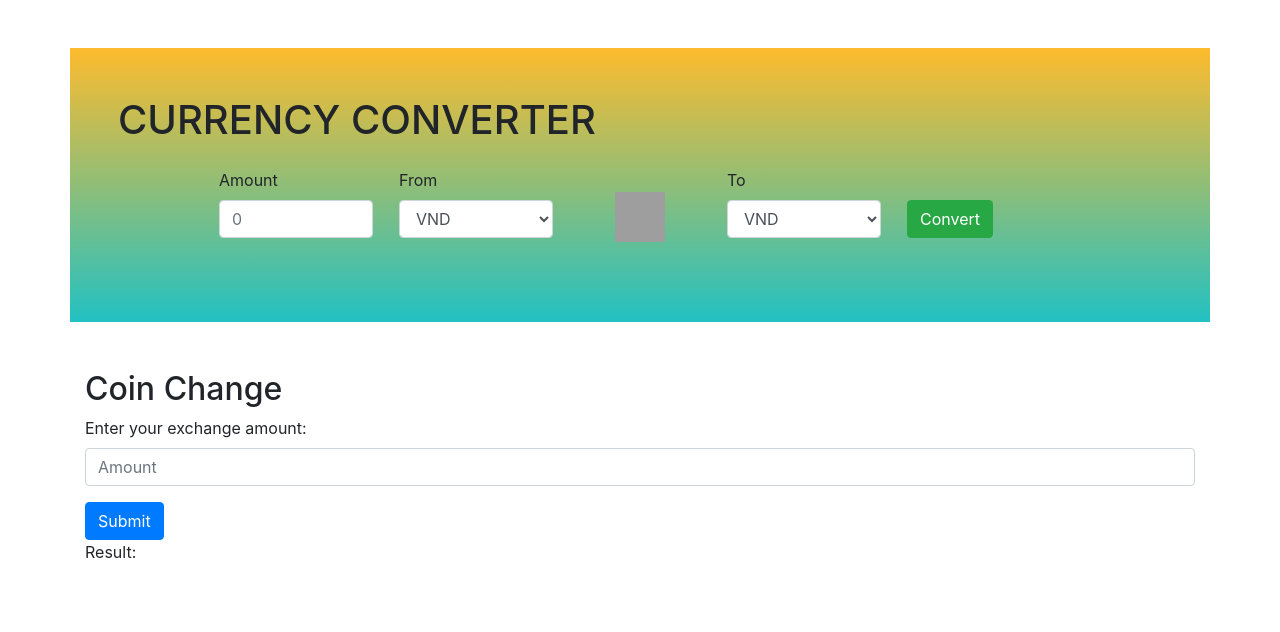
Repository: tts2610/MoneyConverter
Page: index.html
The author's editor kept a copy of each file at every save. The page is drawn from the files as they stood at one save, then again after the next save.
The browser window is 1280 px wide. The pictures show the whole page.
Pictures or frames that could not be fetched are drawn as grey boxes.

Above is the page before, as saved 2020-05-12 12:00:35.

### index.html
<!DOCTYPE html>
<html lang="en">

<head>
    <meta charset="UTF-8">
    <meta name="viewport" content="width=device-width, initial-scale=1.0">
    <title>Document</title>
    <link rel="stylesheet" href="https://maxcdn.bootstrapcdn.com/bootstrap/4.4.1/css/bootstrap.min.css">

    <!-- jQuery library -->
    <script src="https://ajax.googleapis.com/ajax/libs/jquery/3.4.1/jquery.min.js"></script>

    <!-- Popper JS -->
    <script src="https://cdnjs.cloudflare.com/ajax/libs/popper.js/1.16.0/umd/popper.min.js"></script>

    <!-- Latest compiled JavaScript -->
    <script src="https://maxcdn.bootstrapcdn.com/bootstrap/4.4.1/js/bootstrap.min.js"></script>

</head>

<body>

    <form class="container my-5 px-5 py-5" style="
    background: rgb(34,193,195);
    background: linear-gradient(0deg, rgba(34,193,195,1) 0%, rgba(253,187,45,1) 100%);
">
        <h1 class="mx-auto">CURRENCY CONVERTER</h1>
        <div class="form-row justify-content-md-center px-5 mx-5">
            <div class="col mt-3">
                <label>Amount</label>
                <input type="number" class="form-control" placeholder="0" id="amount">
            </div>
            <div class="col mt-3 ml-3">
                <label>From</label>
                <select class="form-control" id="fromCurrency">
            </select>
            </div>
            <div class="col mt-4 py-3" style="display: flex;justify-content: center; cursor: pointer;" onClick="swap()">
                <img src="https://cdn3.iconfinder.com/data/icons/basic-interface/100/update-512.png" width="50px" height="50px">
            </div>
            <div class="col mt-3">
                <label>To</label>
                <select class="form-control" id="toCurrency">
            </select>

            </div>
            <div class="col mt-5 ml-3">
                <button type="button" class="btn btn-success" onClick="submitAmount()">Convert</button>
            </div>
        </div>
        <p id="result" style="color:deeppink; font-weight: 700; font-size: xxx-large; text-align: center;"></p>
    </form>

    <h2 class="container">Coin Change</h2>
    <form class="container">
        <div class="form-group">
            <label for="exampleInputEmail1">Enter your exchange amount:</label>
            <input type="number" class="form-control" id="coinExchange" placeholder="Amount">
        </div>
        <button type="button" class="btn btn-primary" onClick="exchange()">Submit</button>
        <div id="coinExchangeResult">Result:</div>
    </form>


    <script src="js/script.js"></script>
    <script>
    </script>
</body>

</html>

### js/script.js
/*dic = {
    fromCurrency:{
        toCurrency:[currencyRatio,locale,currencySymbol],
        toCurrency:[currencyRatio,locale,currencySymbol],
        toCurrency:[currencyRatio,locale,currencySymbol],
        .....
    },
    fromCurrency:
        .....
}*/
let dic = {
    "vnd": { "usd": [1 / 23206, "en", "USD"], "jpy": [1 / 216.703, "ja-JP", "JPY"], "krw": [1 / 18.9136, "krw", "KRW"], "idr": [1 / 1.55505, "idr", "idr"], "eur": [1 / 25111, "de-DE", "EUR"], "vnd": [1, "vi", "VND"] },
    "usd": { "vnd": [23206, "vi", "VND"], "jpy": [107.297, "ja-JP", "JPY"], "krw": [1223.80, "krw", "KRW"], "idr": [14904, "idr", "idr"], "eur": [1 / 1.08207, "de-DE", "EUR"], "usd": [1, "en", "USD"] },
    "jpy": { "vnd": [216.703, "vi", "VND"], "usd": [1 / 107.297, "en", "USD"], "krw": [11.4099, "krw", "KRW"], "idr": [138.937, "idr", "idr"], "eur": [1 / 116.054, "de-DE", "EUR"], "jpy": [1, "ja-JP", "JPY"] },
    "krw": { "vnd": [18.9136, "vi", "VND"], "usd": [1 / 1224.06, "en", "USD"], "jpy": [1 / 11.4096, "ja-JP", "JPY"], "idr": [12.1833, "idr", "idr"], "eur": [1 / 1323.75, "de-DE", "EUR"], "krw": [1, "krw", "KRW"] },
    "idr": { "vnd": [1.55505, "vi", "VND"], "usd": [1 / 14910, "en", "USD"], "jpy": [1 / 138.985, "ja-JP", "JPY"], "krw": [1 / 12.1818, "krw", "KRW"], "eur": [1 / 16134.84, "de-DE", "EUR"], "idr": [1, "idr", "idr"] },
    "eur": { "vnd": [25081, "vi", "VND"], "usd": [1.08207, "en", "USD"], "jpy": [116.054, "ja-JP", "JPY"], "idr": [16129, "idr", "idr"], "krw": [1323.75, "krw", "KRW"], "eur": [1, "de-DE", "EUR"] },
}
let from = null;
let to = null;
let amount = 0;
var fromCurrency = null;
var toCurrency = null;
$(document).ready(function() {
    fromCurrency = document.getElementById("fromCurrency");
    toCurrency = document.getElementById("toCurrency");
    let selectList = Object.keys(dic);
    selectList.forEach(element => {
        var option = document.createElement("option");
        option.text = element.toUpperCase();
        fromCurrency.add(option);
    })
    selectList.forEach(element => {
        var option = document.createElement("option");
        option.text = element.toUpperCase();
        toCurrency.add(option);
    })

});

function swap() {
    var x = fromCurrency.value;
    fromCurrency.value = toCurrency.value;
    toCurrency.value = x;
}

function submitAmount() {
    amount = document.getElementById("amount").value ? document.getElementById("amount").value : 0;
    from = fromCurrency.value.toLowerCase();
    to = toCurrency.value.toLowerCase();

    // reformating input
    let res = getValueFromDict(from, from);
    let formatedAmount = new Intl.NumberFormat(res[1], { style: 'currency', currency: res[2], maximumSignificantDigits: 3 }).format(amount)

    // set output
    document.getElementById("result").innerText = formatedAmount + " = " + convert(from, to);
}

// conversion
function convert(from, to) {
    let res = getValueFromDict(from, to);
    let outRes = (amount * res[0]);
    return new Intl.NumberFormat(res[1], { style: 'currency', currency: res[2], maximumSignificantDigits: 3 }).format(outRes);
}

function getValueFromDict(input1, input2) {
    let currencyRatio = dic[input1][input2][0];
    let locale = dic[input1][input2][1];
    let currency = dic[input1][input2][2];
    return [currencyRatio, locale, currency];
}


// SUPER ROCKET
function exchange() {
    let bills = [500000, 200000, 100000, 50000, 20000, 10000, 5000, 2000, 1000]
    let amount = parseInt(document.getElementById("coinExchange").value);
    while (amount != 0) {
        bills.forEach(element => {
            let count = 0;
            while (amount >= element) {
                count++;
                amount = amount - element;
            }
            let wrapper = document.getElementById("coinExchangeResult");
            wrapper.innerHTML += '<div>' + count + " x " + element + "\n" + "</div>";
        });
    }
}

After the next save:
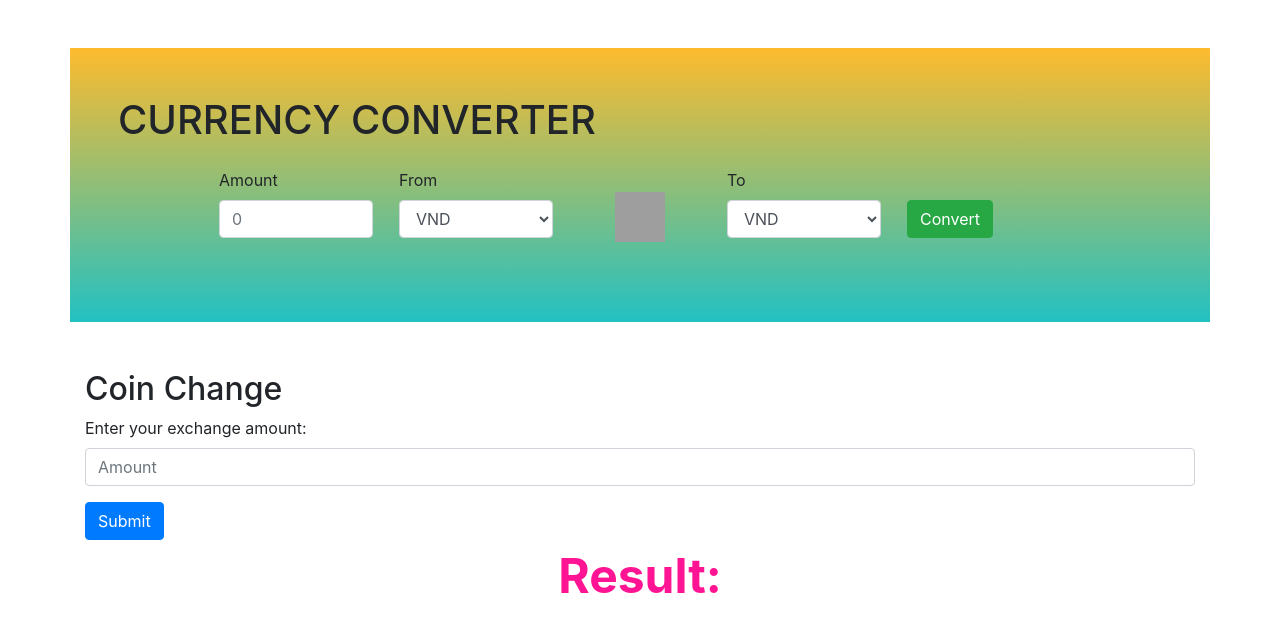
Saved 16 s later.
--- a/index.html
+++ b/index.html
@@ -58,7 +58,7 @@
             <input type="number" class="form-control" id="coinExchange" placeholder="Amount">
         </div>
         <button type="button" class="btn btn-primary" onClick="exchange()">Submit</button>
-        <div id="coinExchangeResult">Result:</div>
+        <div id="coinExchangeResult" style="color:deeppink; font-weight: 700; font-size: xxx-large; text-align: center;">Result:</div>
     </form>
 
 
